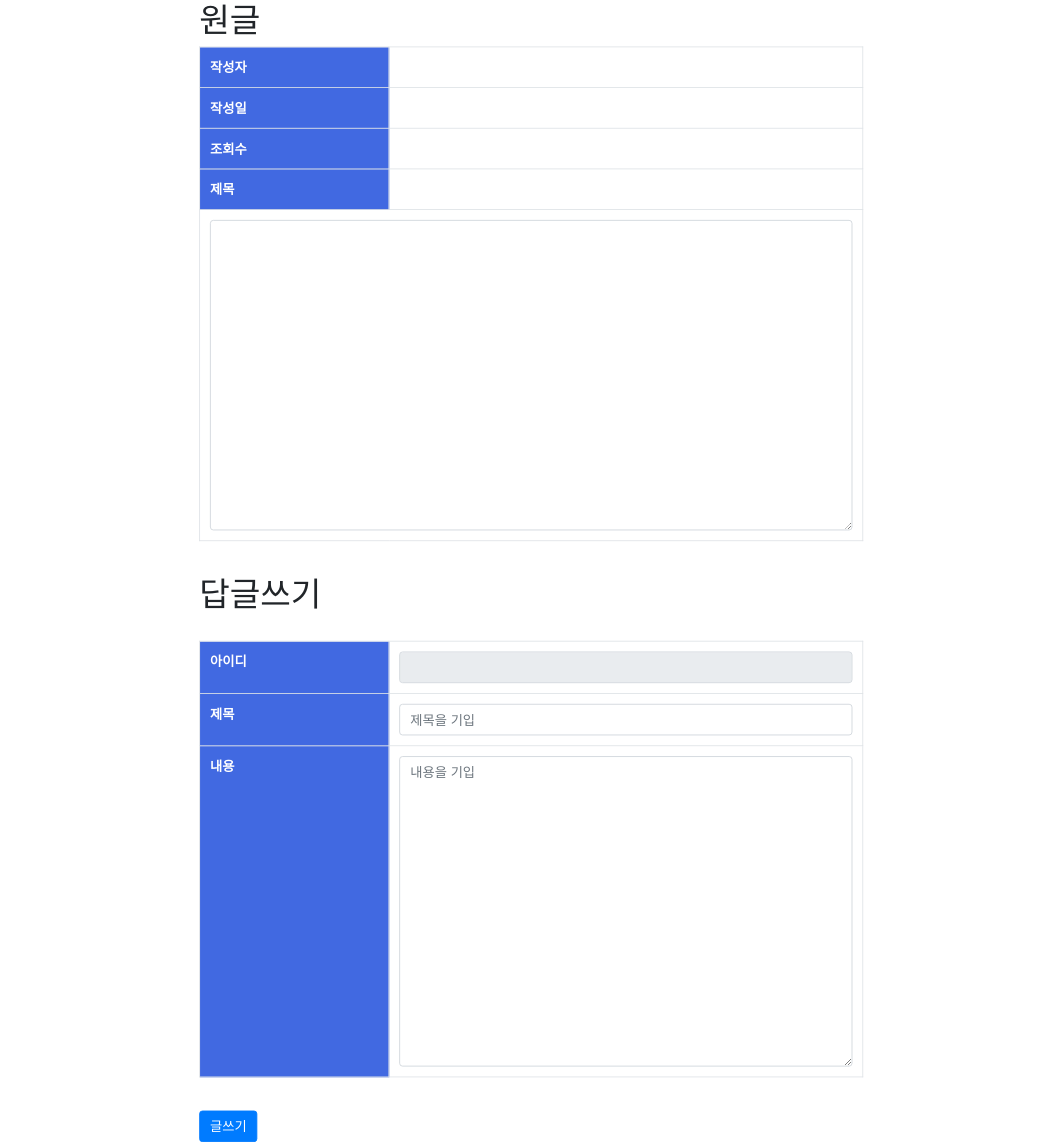
Repository: suhong99/SpringBootFront
Page: FrontSample/src/main/webapp/bbsanswer.html
These files come from the project's save history. The page is drawn as it stood at one moment and after the next save; the edit follows.
The browser window is 1280 px wide. The pictures show the whole page, at 83% of full size.

Above is the page before, as saved 2023-08-04 06:22:24.
Console error: TypeError: Cannot read properties of null (reading 'id')

### FrontSample/src/main/webapp/bbsanswer.html
<!DOCTYPE html>
<html>
<head>
<meta charset="UTF-8">
<title>상세 글보기</title>

<meta name="viewport" content="width=device-width, initial-scale=1">
<link rel="stylesheet" href="https://cdn.jsdelivr.net/npm/bootstrap@4.6.2/dist/css/bootstrap.min.css">
<script src="https://cdn.jsdelivr.net/npm/jquery@3.6.4/dist/jquery.slim.min.js"></script>
<script src="https://cdn.jsdelivr.net/npm/popper.js@1.16.1/dist/umd/popper.min.js"></script>
<script src="https://cdn.jsdelivr.net/npm/bootstrap@4.6.2/dist/js/bootstrap.bundle.min.js"></script>

<script src="https://ajax.googleapis.com/ajax/libs/jquery/3.6.4/jquery.min.js"></script>

<style type="text/css">
.center{
	margin: auto;
	width: 800px;
}
th{
	background: royalblue;
	color: white;
}
</style>

</head>
<body>


<div class="center">
<h1>원글</h1>

<table class="table table-bordered">
<col width="200"><col width="500">

<tr>
	<th>작성자</th>
	<td id="id"></td>
</tr>
<tr>
	<th>작성일</th>
	<td id="wdate"></td>
</tr>
<tr>
	<th>조회수</th>
	<td id="readcount"></td>
</tr>
<tr>
	<th>제목</th>
	<td id="title"></td>
</tr>
<tr>
	<td colspan="2" style="height: 300px; font-size: 120%">
		<textarea rows="12" readonly style="background-color: #ffffff; font-size: 20px"
cols="15" class="form-control" id="content" ></textarea>
	</td>
</tr>
</table>




<br>
<h1>답글쓰기</h1>
<br>

<div class="center">


<table class="table table-bordered">
<col width="200"><col width="500">

<tr>
	<th>아이디</th>
	<td>
        <input type="text" id="reId" class="form-control"  readonly="readonly">
	</td>
</tr>
<tr>
	<th>제목</th>
	<td>
		<input type="text" id="reTitle" name="reTitle" class="form-control"placeholder="제목을 기입">
	</td>
</tr>

<tr>
	<th>내용</th>
	<td>
		<textarea rows="15" cols="50" class="form-control" id="reContent" name="reContent" placeholder="내용을 기입"></textarea>
	</td>
</tr>

</table>
<br>
<button type="button" class="btn btn-primary" id="bbswrite">글쓰기</button>

</div>

<script type="text/javascript">
const url = new URL(location.href);
const urlParams = url.searchParams;
let seq  = urlParams.get("seq");
const myId= JSON.parse(sessionStorage.getItem("login")).id;
let detailInfo;
$(document).ready(function () {
	// 포커스주기
	$("#reTitle").focus();

	$.ajax({
		url:"http://localhost:3000/bbsdetail",
		type:"get",
		data:{seq},
		success:function(detail){
			detailInfo = detail;
			//console.log(detail);
			// 구조 분해 할당
	        const { id, wdate, readcount, title, content } = detail;
	        $("#id").text(id);
	        $("#wdate").text(wdate);
	        $("#readcount").text(readcount);
	        $("#title").text(title);
	        $("#content").val(content);


		},
		error:function(){
			alert('answerdetail error');
		}
	});


});

// 답글 부분
$("#bbswrite").click(function(){
	const title = $("#reTitle").val();
	const content = $("#reContent").val();
	// 제목이 비었는지?
	if( title.trim() == ""){
		alert("제목을 기입해 주십시오");
		return;
	}
	// 내용이 비었는지?
	if( content.trim() == "" ){
		alert("내용을 기입해 주십시오");
		return;
	}

	$.ajax({
		url:"http://localhost:3000/bbswrite",
		type:"post",
		data:{ id:myId, title, content },
		success:function(resp){
			if(resp == "YES"){
				alert("작성되었습니다.");
				location.href = "bbslist.html";
			}else{
				alert("다시 시도해 주십시오");
			}
		},
		error:function(){
			alert('error');
			console.log("write에서 에러")
		}
	});


});

</script>

</div>

</body>
</html>

After the next save:
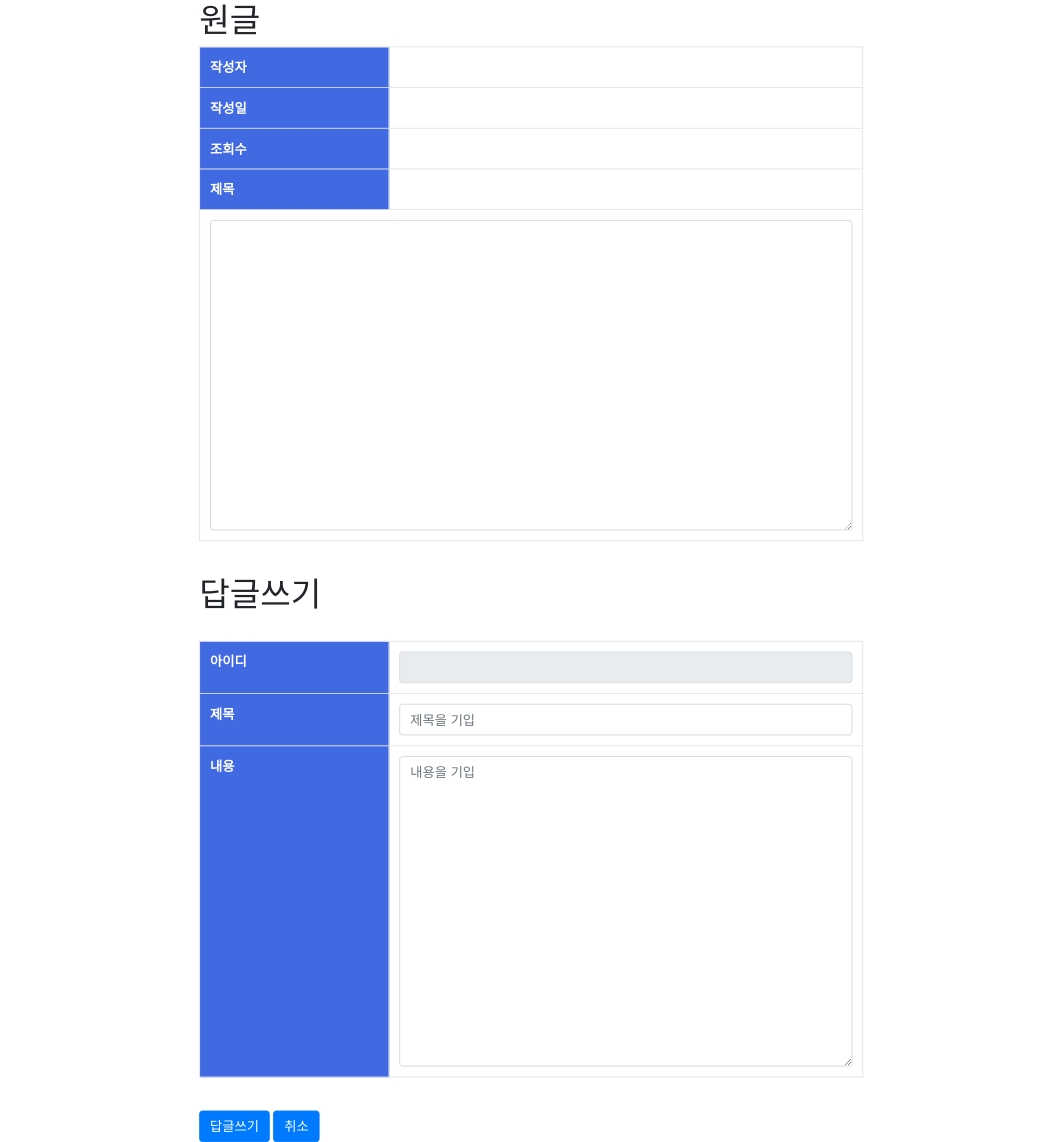
Saved 48 s later.
--- a/FrontSample/src/main/webapp/bbsanswer.html
+++ b/FrontSample/src/main/webapp/bbsanswer.html
@@ -92,7 +92,8 @@ cols="15" class="form-control" id="content" ></textarea>
 
 </table>
 <br>
-<button type="button" class="btn btn-primary" id="bbswrite">글쓰기</button>
+<button type="button" class="btn btn-primary" id="bbswrite">답글쓰기</button>
+<button type="button" class="btn btn-primary" id="cancleButton">취소</button>
 
 </div>
 
